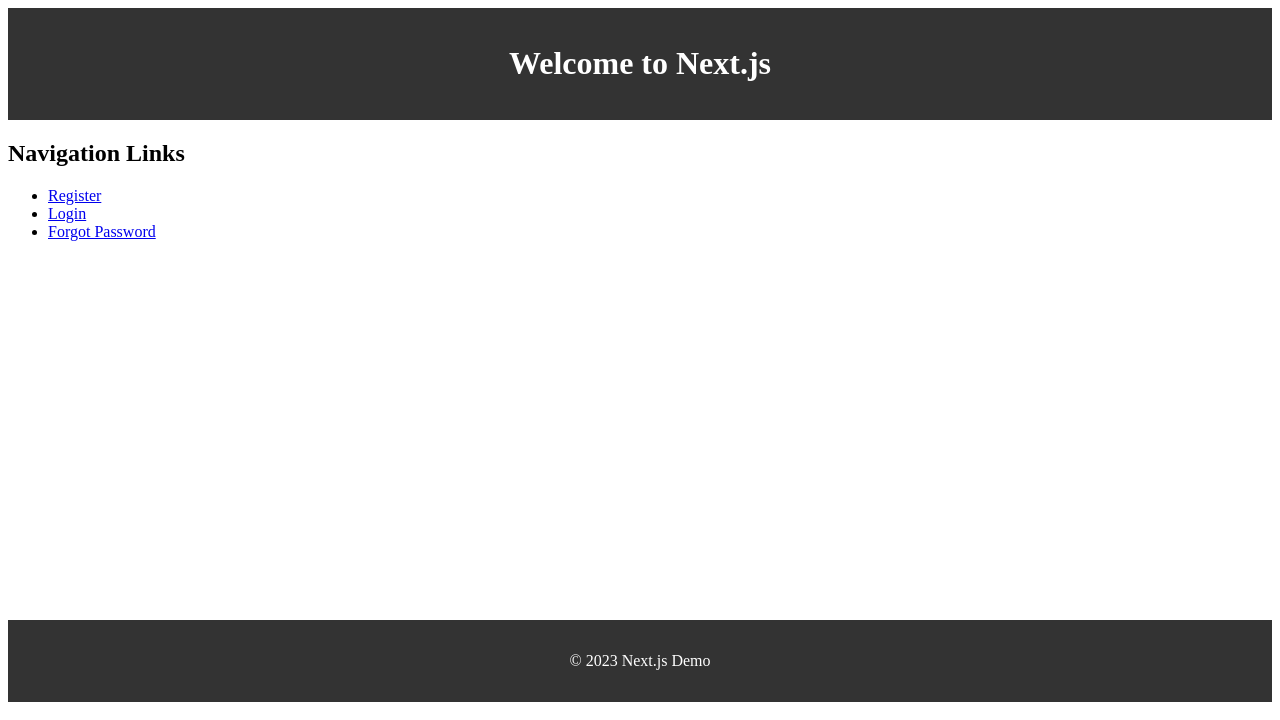
Repository: JasonMorta/NextJs-13_Basics
Page: /forgot-password (app in NEXTJS15/next13-demo/)
An editor plug-in stored every save of this project. The page is shown before and after the next save, followed by the edit.
The browser window is 1280 px wide. The pictures show the whole page.
The project was rebuilt for these pictures with package versions that can differ from the ones it lists, and the page was loaded fresh each time. The framework's server and built-in components were replaced by stand-ins that run in the browser. Also part of the build but not shown: NEXTJS15/next13-demo/next.config.ts.

Above is the page before, as saved 2025-02-28 13:59:35.

After the next save:
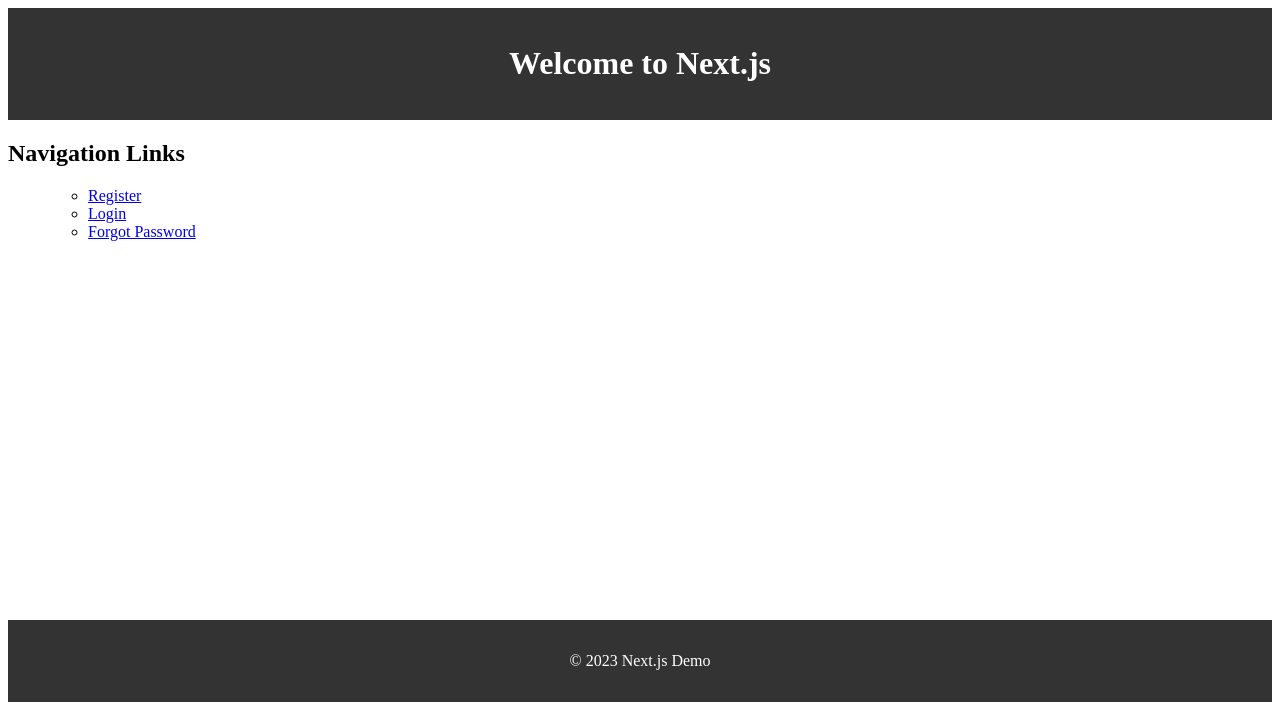
Saved 29 s later.
--- a/NEXTJS15/next13-demo/src/app/(auth)/layout.tsx
+++ b/NEXTJS15/next13-demo/src/app/(auth)/layout.tsx
@@ -16,9 +16,11 @@
       <h2>Navigation Links</h2>
       <ul>
         {navLinks.map((link, index) => (
-          <li key={index}>
-            <Link href={link.href}>{link.name}</Link>
-          </li>
+         <ul>
+            <li key={index}>
+              <Link href={link.href}>{link.name}</Link>
+            </li>
+         </ul>
         ))}
       </ul>
     </>

After the save that followed:
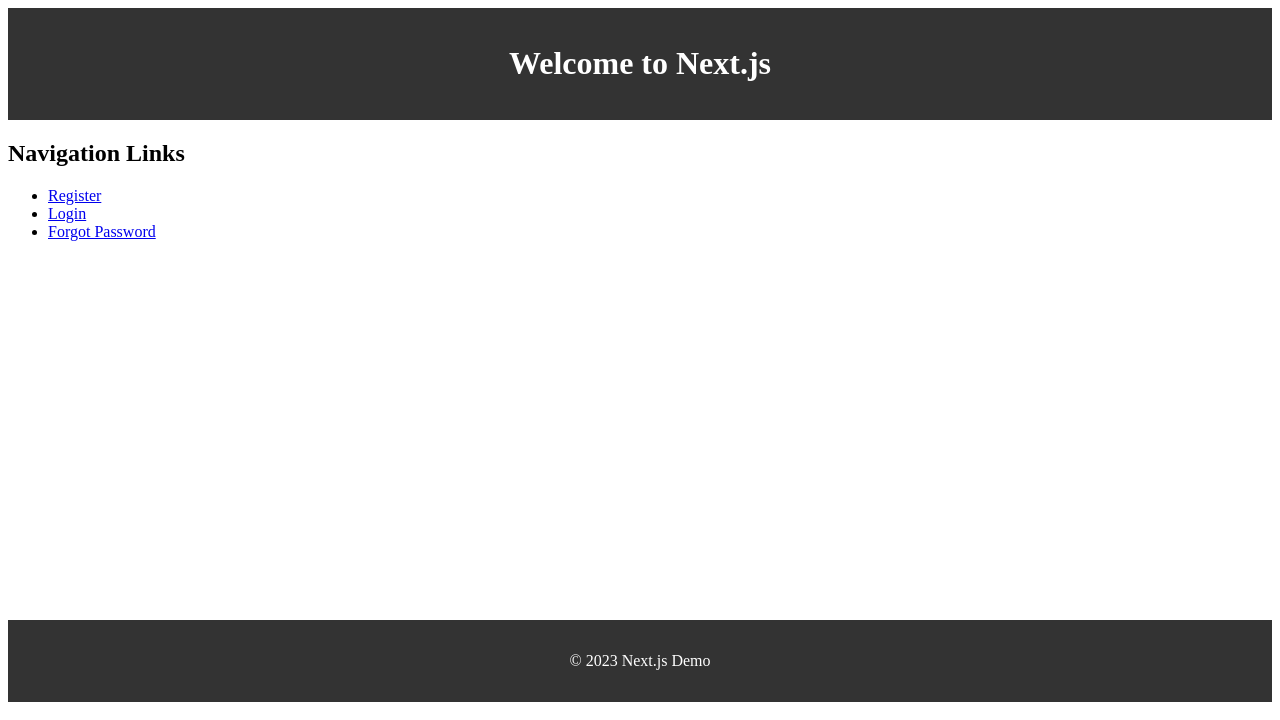
Saved 7 s later.
--- a/NEXTJS15/next13-demo/src/app/(auth)/layout.tsx
+++ b/NEXTJS15/next13-demo/src/app/(auth)/layout.tsx
@@ -16,11 +16,11 @@
       <h2>Navigation Links</h2>
       <ul>
         {navLinks.map((link, index) => (
-         <ul>
+
             <li key={index}>
               <Link href={link.href}>{link.name}</Link>
             </li>
-         </ul>
+
         ))}
       </ul>
     </>
